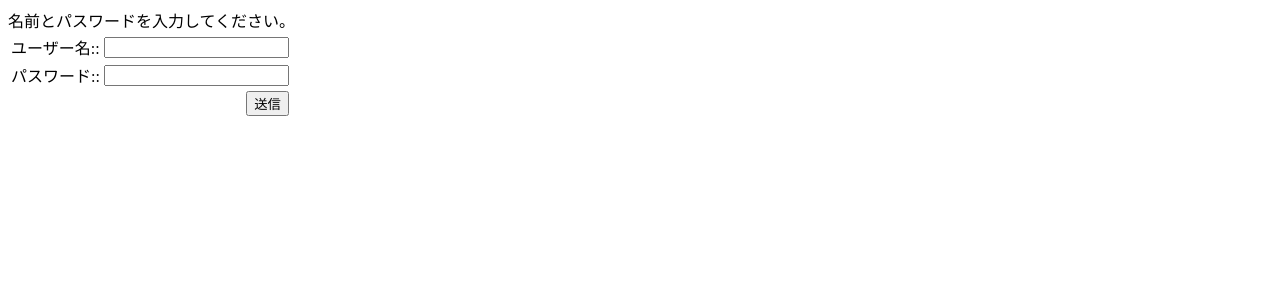
Repository: omochi2213/test
Page: http://localhost/webproj/welcome.jsp
These files come from the project's save history. The page is drawn as it stood at one moment and after the next save; the edit follows.
The browser window is 1280 px wide. The pictures show the whole page.
The page is served by Tomcat 9. Other server files are loaded and not shown.

Above is the page before, as saved 2018-08-31 04:36:44.

### webproj/WebContent/welcome.jsp
<%@ page language="java" contentType="text/html; charset=UTF-8"
    pageEncoding="UTF-8"%>
<%@ taglib prefix="s" uri="/struts-tags" %>
<!DOCTYPE html>
<html>
<head>
<meta charset="UTF-8">
<title>WELCOME</title>
</head>
<body>
名前とパスワードを入力してください。
<s:form method="post" action="LoginAction">
	<s:textfield name="username" label="ユーザー名:"/>
	<s:password name="password" label="パスワード:"/>
	<s:submit value="送信"/>
</s:form>
</body>
</html>

After the next save:
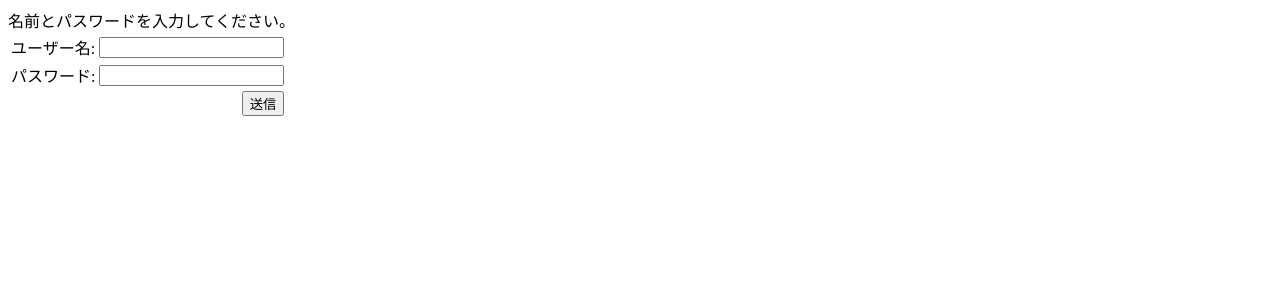
Saved 2 min 2 s later.
--- a/webproj/WebContent/welcome.jsp
+++ b/webproj/WebContent/welcome.jsp
@@ -10,8 +10,8 @@
 <body>
 名前とパスワードを入力してください。
 <s:form method="post" action="LoginAction">
-	<s:textfield name="username" label="ユーザー名:"/>
-	<s:password name="password" label="パスワード:"/>
+	<s:textfield name="username" label="ユーザー名"/>
+	<s:password name="password" label="パスワード"/>
 	<s:submit value="送信"/>
 </s:form>
 </body>
